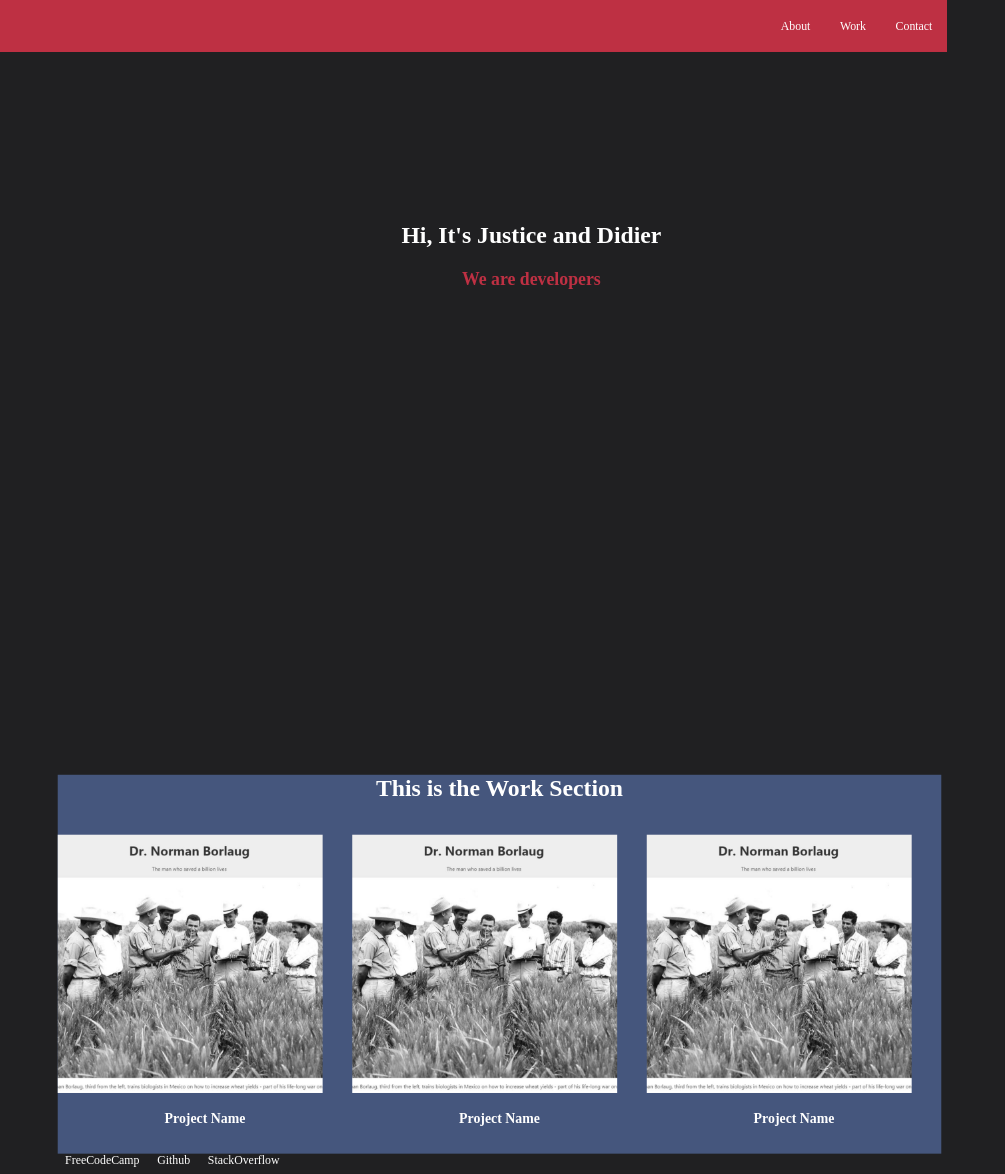
Repository: justicebhekani88/microverse_portfolio_project
Page: index.html
The author's editor kept a copy of each file at every save. The page is drawn from the files as they stood at one save, then again after the next save.
The browser window is 1280 px wide. The page is 1358 px wide, then 1288 px, so the pictures cover 1358 px, including what lies to the right of the window. The pictures show the whole page, at 74% of full size.

Above is the page before, as saved 2022-07-21 15:29:34.

### index.html
<!DOCTYPE html>
<html lang="en">

<head>
    <meta charset="UTF-8">
    <meta http-equiv="X-UA-Compatible" content="IE=edge">
    <meta name="viewport" content="width=device-width, initial-scale=1.0">
    <link rel="stylesheet" href="style.css">
    <title>Portfolio Project</title>
</head>

<body>
    <nav id="navbar">
        <ul id="nav-list">
            <li><a href="#welcome-section">About</a></li>
            <li><a href="#projects">Work</a></li>
            <li><a href="#contact">Contact</a></li>
        </ul>
    </nav>
    <div id="main">
        <section id="welcome-section">
            <div id="welcome-text">
                <h1>Hi, It's Justice and Didier</h1>
                <h2>We are developers</h2>
            </div>
        </section>
        <section id="projects">
            <h1>This is the Work Section</h1>
            <div id="projects-display">
            <div class="project-tile">
                <a href="">
                    <div>
                        <img src="project.png" alt="Project Image">
                        <h3>Project Name</h3>
                    </div>
                </a>
            </div>
            <div class="project-tile">
                <a href="">
                    <div>
                        <img src="project.png" alt="Project Image">
                        <h3>Project Name</h3>
                    </div>
                </a>
            </div>
            <div class="project-tile">
                <a href="">
                    <div>
                        <img src="project.png" alt="Project Image">
                        <h3>Project Name</h3>
                    </div>
                </a>
            </div>
            </div>
        </section>
        <section>
            <a href="#" id="profile-link" target="_blank">FreeCodeCamp</a>
            <a href="#" id="profile-link" target="_blank">Github</a>
            <a href="#" id="profile-link" target="_blank">StackOverflow</a>
        </section>
    </div>

</body>

</html>

### style.css
body {
    background-color: #202022;
    overflow-x: hidden;
}

nav {
    color: white;
    display: flex;
    justify-content: flex-end;
    position: fixed;
    top: 0;
    left: 0;
    width: 100%;
    background: #BE3043;
}

#nav-list {
    display: flex;
}

li,
a {
    list-style: none;
    color: white;
    padding: 10px;
    text-decoration: none;
}

#main {
    padding-left: 70px;
}

#welcome-section {
    width: 100vw;
    height: 100vh;
}

h1 {
    color: white;
    font-size: 2rem;
    text-align: center;
}

h2 {
    color: #BE3043;
    font-size: 1.5rem;
}

h3 {
    text-align: center;
}

#welcome-text {
    margin: 300px 30%;
    text-align: center;
}

#projects {
    background: #45567D;
    justify-content: center;
}

#projects-display {
    display: grid;
    grid-template-columns: repeat(auto-fit, minmax(320px, 1fr));
    /* grid-gap: 4rem; */
}

img {
    width: 90%
}

/* @media only screen and (min-width: 600px) {
    #main {
        padding: 10px;
    }
}

@media only screen and (min-width: 1280px) {
    #main {
        padding: 40px;
    }
    nav {
        font-size: larger;
    }
} */

After the next save:
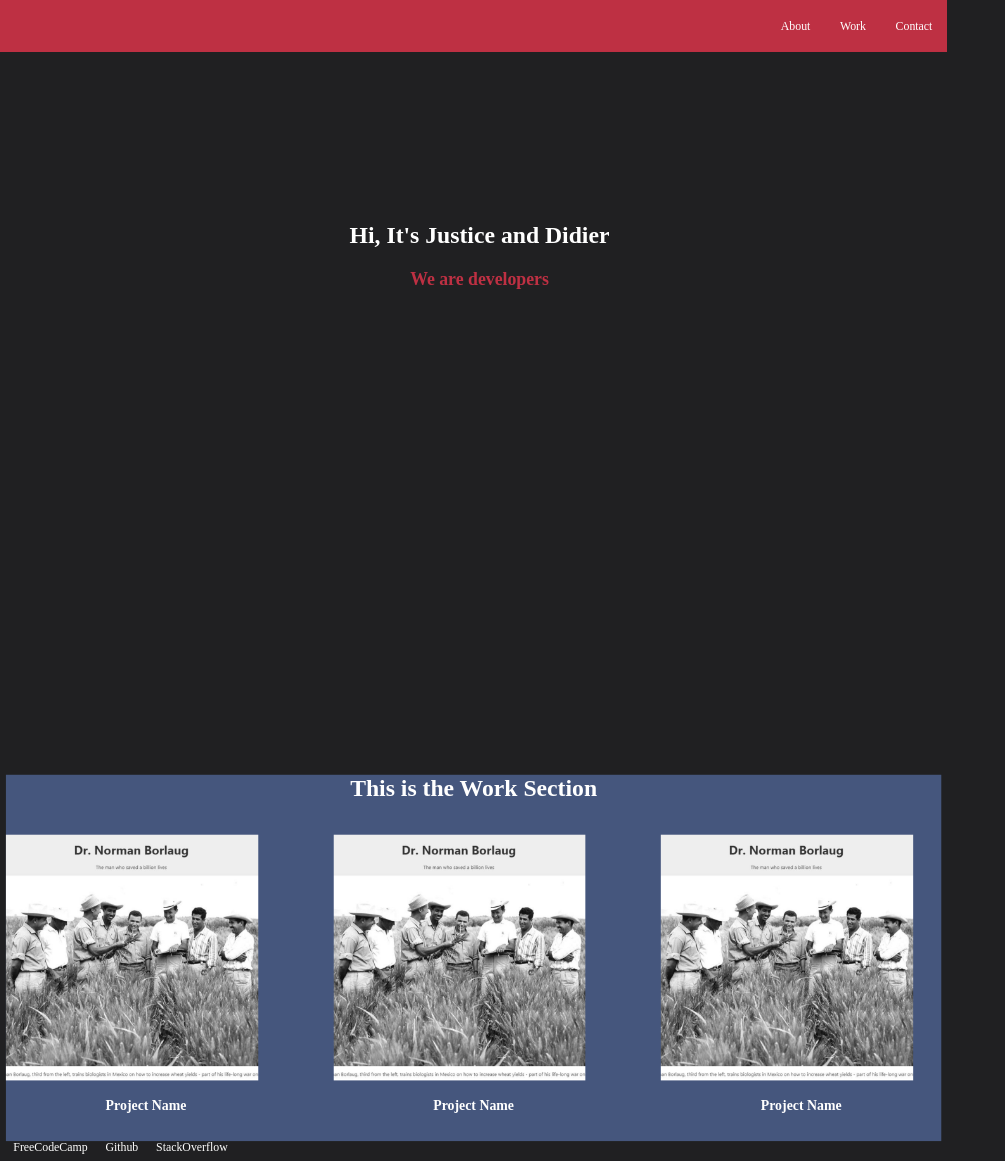
Saved 18 s later.
--- a/style.css
+++ b/style.css
@@ -24,10 +24,6 @@ a {
     color: white;
     padding: 10px;
     text-decoration: none;
-}
-
-#main {
-    padding-left: 70px;
 }
 
 #welcome-section {
@@ -63,7 +59,7 @@ h3 {
 #projects-display {
     display: grid;
     grid-template-columns: repeat(auto-fit, minmax(320px, 1fr));
-    /* grid-gap: 4rem; */
+    grid-gap: 4rem;
 }
 
 img {
